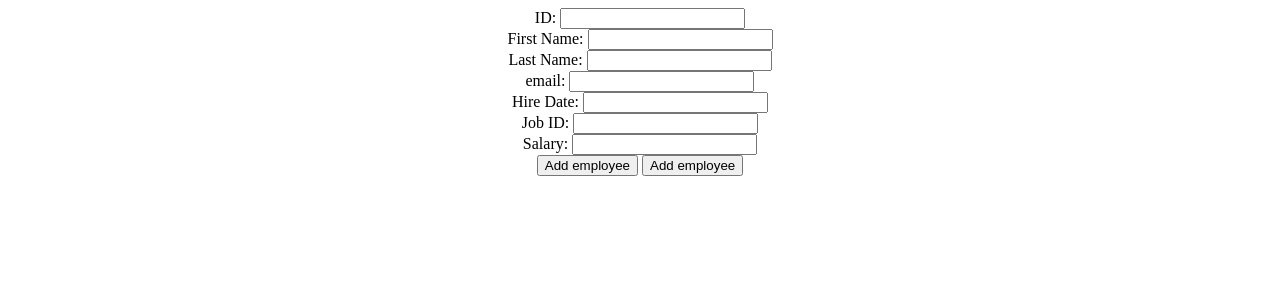
Repository: poobalan5397/corejava
Page: firstWebsite/src/main/webapp/Addemployee.html
An editor plug-in stored every save of this project. The page is shown before and after the next save, followed by the edit.
The browser window is 1280 px wide. The pictures show the whole page.

Above is the page before, as saved 2022-05-23 06:46:50.

### firstWebsite/src/main/webapp/Addemployee.html
<!DOCTYPE html>
<html>
<head>
<meta charset="ISO-8859-1">
<title>addemployee</title>
</head>
<body>
<form action="Employees" method="post"><!-- -need  to mention methodpost-->
		<center>
			ID: <input type='text' name='id' ><br><!--  -->
			<div>
			</div>
			First Name: <input type='text' name='fname' ><br>
			<div>
			</div>
			Last Name: <input type='text' name='lname' ><br>
			<div>
			</div>
			email: <input type='text' name='email' ><br>
			<div>
			</div>
			Hire Date: <input type='text' name='hdate' ><br>
			<div>
			</div>
			Job ID: <input type='text' name='jobid' ><br>
			<div>
			</div>
			Salary: <input type='text' name='salary' ><br>
			<div>
			</div>
			<input type=submit value='Add employee' name='submit'><!-- on submit a Http request  -->
			<input type=submit value='Add employee' name='submit'><!-- -on submit a Http request -->
		</center>
		</form>
</body>
</html>

After the next save:
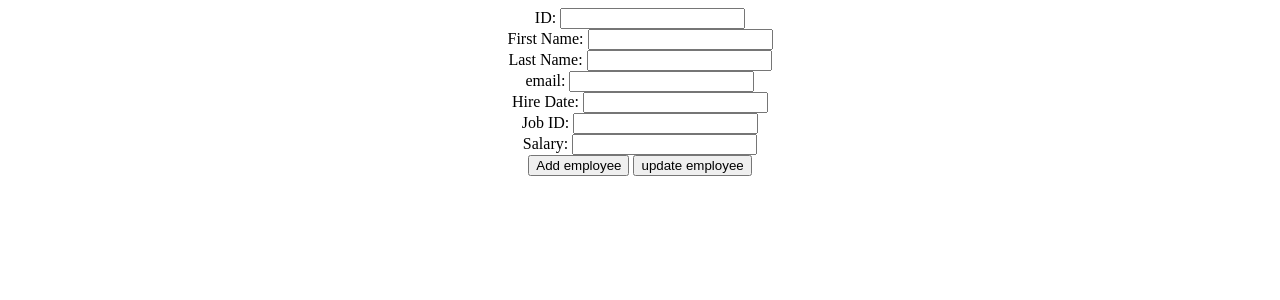
Saved 6 s later.
--- a/firstWebsite/src/main/webapp/Addemployee.html
+++ b/firstWebsite/src/main/webapp/Addemployee.html
@@ -29,7 +29,7 @@
 			<div>
 			</div>
 			<input type=submit value='Add employee' name='submit'><!-- on submit a Http request  -->
-			<input type=submit value='Add employee' name='submit'><!-- -on submit a Http request -->
+			<input type=submit value='update employee' name='submit'><!-- -on submit a Http request -->
 		</center>
 		</form>
 </body>
